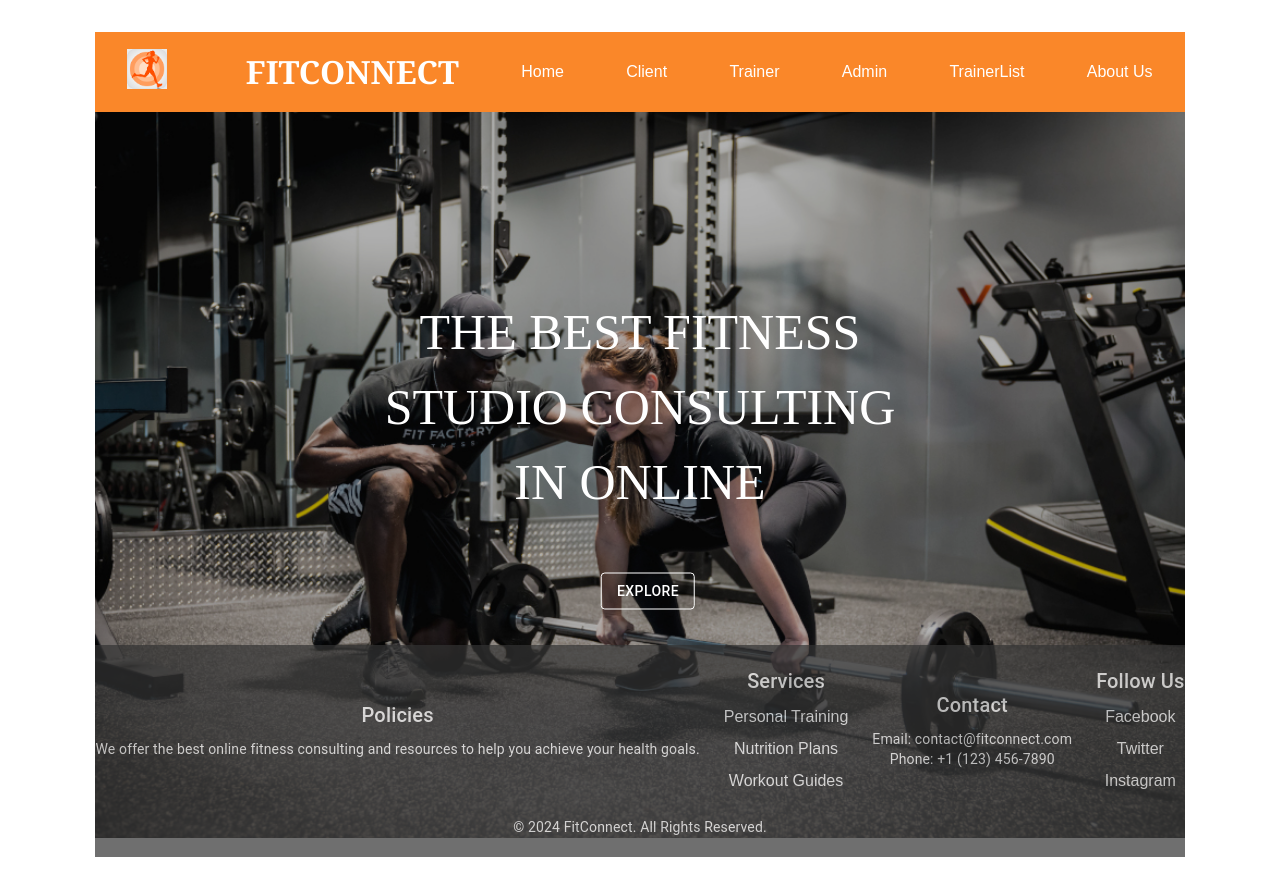
Repository: sarathraj2002/fitconnect
Page: / (app in Frontend/)
The author's editor kept a copy of each file at every save. The page is drawn from the files as they stood at one save, then again after the next save.
The browser window is 1280 px wide. The pictures show the whole page.
The project was rebuilt for these pictures with package versions that can differ from the ones it lists, and the page was loaded fresh each time. Also part of the build but not shown: Frontend/vite.config.js, Frontend/src/components/ClientPage.jsx, Frontend/src/components/TrainerPage.jsx, Frontend/src/components/AdminPage.css, Frontend/src/components/AdminPage.jsx, Frontend/src/components/TrainerListPage.jsx, Frontend/src/components/AboutUs.jsx, Frontend/src/components/ClientRegister.css and 5 more.

Above is the page before, as saved 2024-11-17 22:41:45.

### Frontend/index.html
<!doctype html>
<html lang="en">
  <head>
    <meta charset="UTF-8" />
    <link rel="icon" type="image/svg+xml" href="/vite.svg" />
    <meta name="viewport" content="width=device-width, initial-scale=1.0" />
    <title>FitConnect</title>
  </head>
  <body>
    <div id="root"></div>
    <script type="module" src="/src/main.jsx"></script>
  </body>
</html>

### Frontend/src/App.jsx
import React from 'react';
import { useState } from 'react'
import './App.css'
import { Route, Routes } from 'react-router-dom';
import NavBar from './components/NavBar';
import ClientPage from './components/ClientPage.jsx';
import TrainerPage from './components/TrainerPage';
import AdminPage from './components/AdminPage';
import TrainerListPage from './components/TrainerListPage';
import AboutUs from './components/AboutUs.jsx';
import Home from './components/Home.jsx';
import ClientRegister from './components/ClientRegister.jsx';
import Blog from './components/Blog.jsx';
import TrainerRegister from './components/TrainerRegister.jsx';
import TrainerProfile from './components/TrainerProfile.jsx';

function App() {
  const [count, setCount] = useState(0)

  return (
    <>


      <NavBar />
      <Routes>
        <Route path="/" element={<Home />}></Route>
        <Route path="/client" element={<ClientPage />}></Route>
        <Route path="/trainer" element={<TrainerPage />} ></Route>
        <Route path="/admin" element={<AdminPage />}></Route>
        <Route path="/trainerlist" element={<TrainerListPage />}></Route>
        <Route path="/about" element={<AboutUs />}></Route>
        <Route path="/register" element={<ClientRegister />}></Route>
        <Route path="/trainerregister" element={<TrainerRegister />}></Route>
        <Route path="/blog" element={<Blog/>}></Route>
        <Route path="/profile" element={<TrainerProfile />}></Route>

      </Routes>



    </>
  )
}

export default App

### Frontend/src/components/Navbar.jsx
import React from 'react';
import { Link } from 'react-router-dom';
import './navbar.css';
import { assets } from '../assets/assets';
const Navbar = () => {
  return (
     <nav className="navbar">
    {/* Logo */}
    <div className="navbar-logo">
      <img src={assets.logo} alt="Logo" />
    </div>
    <div className='head'>
     <b> FITCONNECT</b>
    </div>


        <Link to="/" style={{textDecoration:'none',color:'white'}}>Home</Link>
        <Link to="/client" style={{textDecoration:'none',color:'white'}}>Client</Link>
        <Link to="/trainer" style={{textDecoration:'none',color:'white'}}>Trainer</Link>
        <Link to="/admin" style={{textDecoration:'none',color:'white'}}>Admin</Link>
        <Link to="/trainerlist" style={{textDecoration:'none',color:'white'}}>TrainerList</Link>
        <Link to="/about" style={{textDecoration:'none',color:'white'}}>About Us</Link>

    </nav>
  );
};

export default Navbar;

### Frontend/src/components/Home.jsx
import React from 'react'
import { assets } from '../assets/assets'
import Button from '@mui/material/Button';
import { Stack } from '@mui/material';
import { Link, useNavigate } from 'react-router-dom';
import Footer from './Footer';

const Home = () => {

  const navigate=useNavigate()

  return (

    <>

    <div className='img' style={{ position: 'relative', textAlign: 'center' }}>

    <img
      style={{  width: '100%',filter: 'brightness(70%)' }}
      src={assets.head1}
      alt=""
    />
    <p
      style={{
        position: 'absolute',
        top: '50%',
        left: '50%',
        transform: 'translate(-50%, -50%)',
        color: 'white',
        fontSize: '50px',

        fontFamily:'fantasy'
      }}
    >
      THE BEST FITNESS STUDIO CONSULTING IN ONLINE
      <Stack spacing={2} direction="row" alignItems="center"
      justifyContent="center"
      style={{ height: '20vh' }} >

      <Link to="/blog" style={{ textDecoration: 'none' }}></Link>
      <Button onClick={()=>navigate('/blog')} variant="outlined" sx={{ color: 'white', borderColor: 'white' }}>EXPLORE </Button>
    </Stack>

    </p>




    </div>
    <Footer />
    </>
  )
}

export default Home;

### Frontend/src/components/Navbar.css
* {
  margin: 0;
  padding: 0;
  box-sizing: border-box;
}

body {
  font-family: Arial, sans-serif;
}

.navbar {
  display: flex;
  align-items: center;
  justify-content: space-between;
  background-color: #fa8729;
  padding: 1rem 2rem;
  color: white;
  width: 100%;
}

.navbar-logo img {
  height: 40px;
  width: auto;
}

.head {
  font-size: xx-large;
  font-family: Georgia, 'Times New Roman', Times, serif;
  color: white;
  margin-left: 1rem;
}

.navbar-links {
  display: flex;
  gap: 1.5rem;
  list-style: none;
  margin-left: auto; /* Align links to the right */
}

.navbar-links a {
  text-decoration: none;
  color: white;
  font-size: 1rem;
  transition: color 0.3s ease;
}

.navbar-links a:hover {
  color: #ec7819;
}

.navbar-toggle {
  display: none;
  font-size: 1.5rem;
  color: white;
  cursor: pointer;
}

/* Mobile view adjustments */
@media (max-width: 768px) {
  .navbar {
      flex-direction: column;
      align-items: flex-start;
  }

  .navbar-links {
      display: none;
      flex-direction: column;
      width: 100%;
      background-color: #fa8729;
      position: absolute;
      top: 100%;
      left: 0;
      padding: 1rem 2rem;
      border-radius: 0;
  }

  .navbar-links.open {
      display: flex;
  }

  .navbar-toggle {
      display: block;
  }

  .head {
      margin-left: 0;
      margin-bottom: 1rem;
  }
}

### Frontend/src/assets/assets.js
import logo from './logo.png';
import head1 from './head1.png'

export const assets={
    logo,
    head1
};

### Frontend/src/components/Footer.jsx

import React from 'react';
import { Box, Typography, Link, Stack } from '@mui/material';

const Footer = () => {
  return (
    <Box
      component="footer"
      sx={{
        backgroundColor: '#333',
        opacity:'70%',
        color: 'white',
        padding: '20px 0',
        textAlign: 'center',
        mt: -25
      }}
    >
      <Stack
        direction={{ xs: 'column' ,sm:'row' }}
        spacing={3}
        justifyContent="center"
        alignItems="center"
      >

        <Box>
          <Typography variant="h6">Policies</Typography>
          <Typography variant="body2" sx={{ mt: 1 }}>
            We offer the best online fitness consulting and resources to help you achieve your health goals.
          </Typography>
        </Box>


        <Box>
          <Typography variant="h6">Services</Typography>
          <Link href="/services" color="inherit" underline="none" sx={{ display: 'block', mt: 1 }}>
            Personal Training
          </Link>
          <Link href="/services" color="inherit" underline="none" sx={{ display: 'block', mt: 1 }}>
            Nutrition Plans
          </Link>
          <Link href="/services" color="inherit" underline="none" sx={{ display: 'block', mt: 1 }}>
            Workout Guides
          </Link>
        </Box>


        <Box>
          <Typography variant="h6">Contact</Typography>
          <Typography variant="body2" sx={{ mt: 1 }}>Email: contact@fitconnect.com</Typography>
          <Typography variant="body2">Phone: +1 (123) 456-7890</Typography>
        </Box>


        <Box>
          <Typography variant="h6">Follow Us</Typography>
          <Link href="https://facebook.com" color="inherit" underline="none" sx={{ display: 'block', mt: 1 }}>
            Facebook
          </Link>
          <Link href="https://twitter.com" color="inherit" underline="none" sx={{ display: 'block', mt: 1 }}>
            Twitter
          </Link>
          <Link href="https://instagram.com" color="inherit" underline="none" sx={{ display: 'block', mt: 1 }}>
            Instagram
          </Link>
        </Box>
      </Stack>


      <Typography variant="body2" sx={{ mt: 3 }}>
        &copy; {new Date().getFullYear()} FitConnect. All Rights Reserved.
      </Typography>
    </Box>
  );
};

export default Footer;

Loaded but not shown: Frontend/src/main.jsx (common file); Frontend/src/index.css (common file); Frontend/src/App.css (common file)

After the next save:
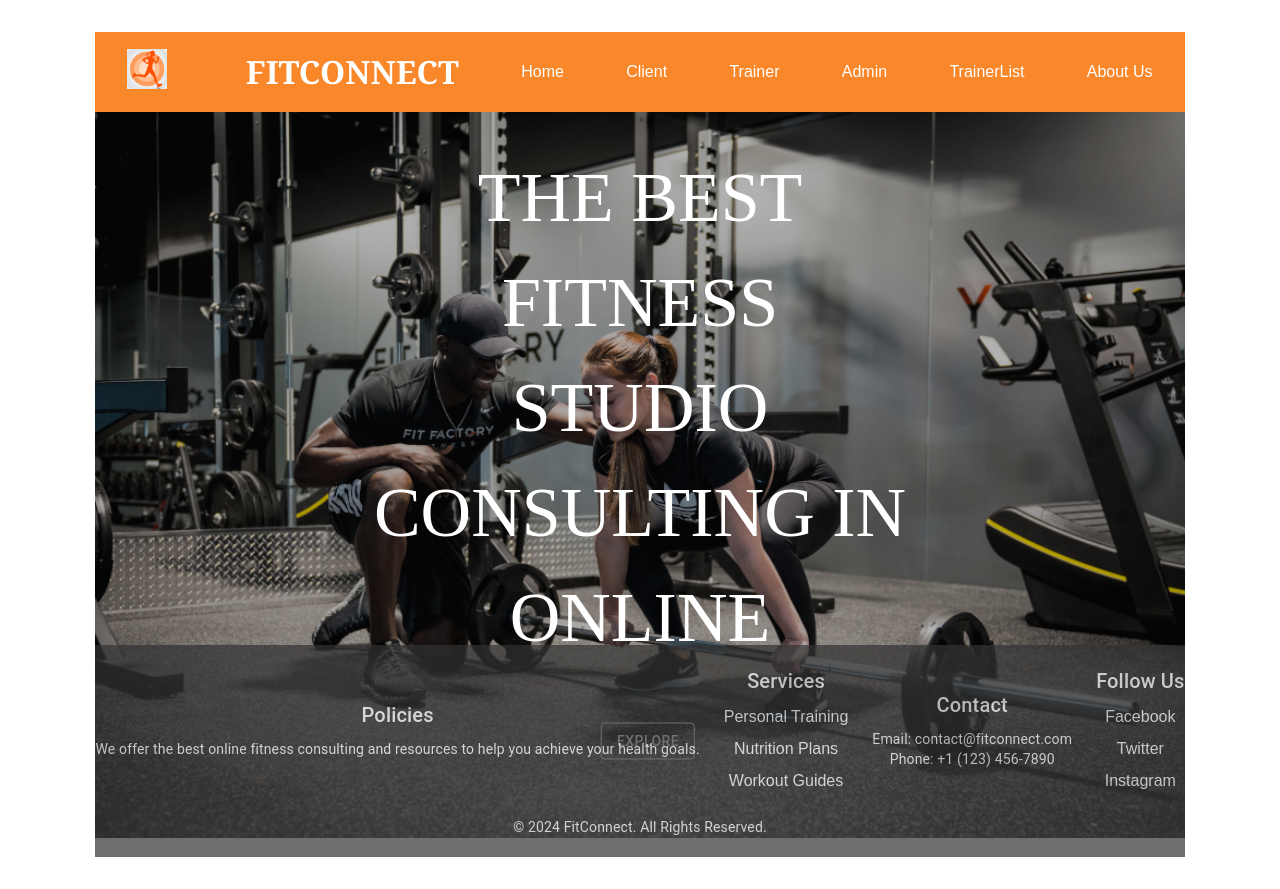
Saved 8 s later.
--- a/Frontend/src/components/Home.jsx
+++ b/Frontend/src/components/Home.jsx
@@ -27,7 +27,7 @@
         left: '50%',
         transform: 'translate(-50%, -50%)',
         color: 'white',
-        fontSize: '50px',
+        fontSize: '70px',
 
         fontFamily:'fantasy'
       }}

After the 2 saves that followed:
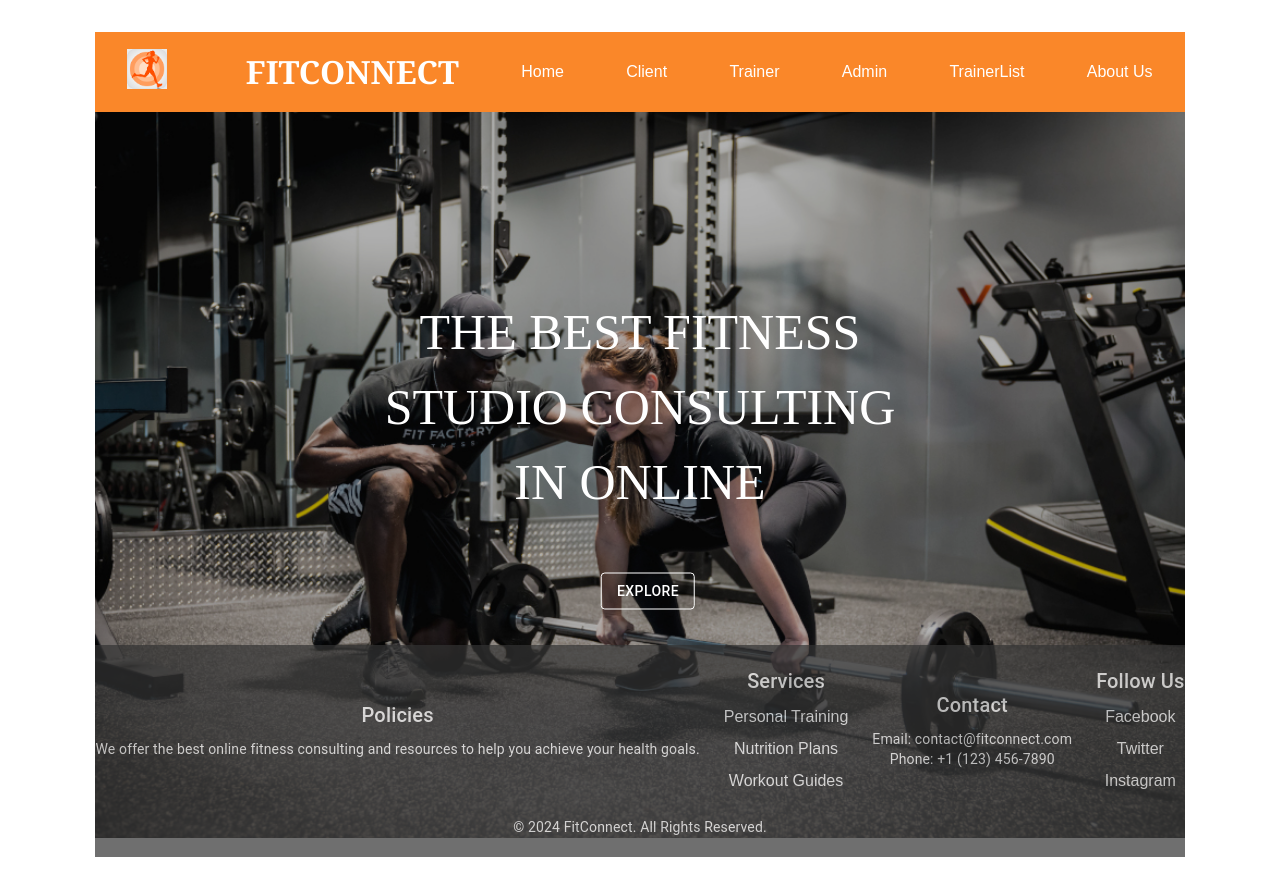
The 2 saves are shown as one change because they came seconds apart.
The last was saved 7 s later.
--- a/Frontend/src/components/Home.jsx
+++ b/Frontend/src/components/Home.jsx
@@ -27,7 +27,7 @@
         left: '50%',
         transform: 'translate(-50%, -50%)',
         color: 'white',
-        fontSize: '70px',
+        fontSize: '50px',
 
         fontFamily:'fantasy'
       }}
